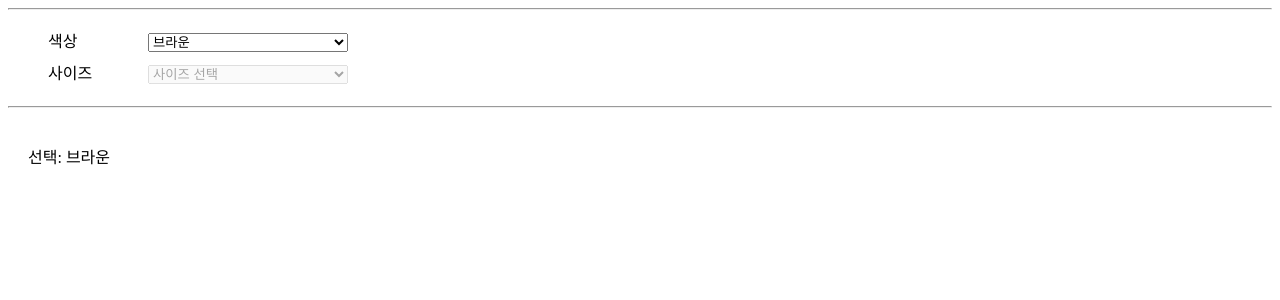
Repository: yeonddu/green_js
Page: pro01/public/songyeonsu-3-1.html
The author's editor kept a copy of each file at every save. The page is drawn from the files as they stood at one save, then again after the next save.
The browser window is 1280 px wide. The pictures show the whole page.
After loading, the first visible `#color` was changed once.

Above is the page before, as saved 2022-12-23 06:02:07.

### pro01/public/songyeonsu-3-1.html
<!DOCTYPE html>
<html lang="ko">
<head>
<meta charset="utf-8">
<title>Insert title here</title>
<style>
	ul li {
		list-style:none;
		line-height:2.0;
	}
	label {
		width:100px;
		float:left;
	}
	select {
		width:200px;
	}
	p {
		padding:20px;
	}
</style>
<script>
	document.addEventListener("DOMContentLoaded", () => {


		const select1 = document.querySelector("#color")
		const select2 = document.querySelector("#size")
		const p = document.querySelector("p")

		select2.setAttribute("disabled", "")

		let status =

		select1.addEventListener("change", () => {
			const options = event.currentTarget.options
			const index = event.currentTarget.options.selectedIndex
			status = index
			p.textContent = `선택: ${options[index].textContent}`

			if(index!==0) {

			}

		})

		select2.addEventListener("change", () => {
			const options = event.currentTarget.options
			const index = event.currentTarget.options.selectedIndex

			p.textContent += `, ${options[index].textContent}`


		})
	})

</script>
</head>
<body>
	<hr>
	<ul>
	<li>
		<label for="color">색상</label>
		<select id="color">
			<option value="옵션 선택" selected>옵션 선택</option>
			<option value="브라운">브라운</option>
			<option value="블랙">블랙</option>
		</select>
	</li>
	<li>
		<label for="size">사이즈</label>
		<select id="size">
			<option value="사이즈 선택" selected>사이즈 선택</option>
			<option value="225">225</option>
			<option value="230">230</option>
			<option value="235">235</option>
			<option value="240">240</option>
		</select>
	</li>
	</ul>
	<hr>
	<p></p>
</body>
</html>

After the next save:
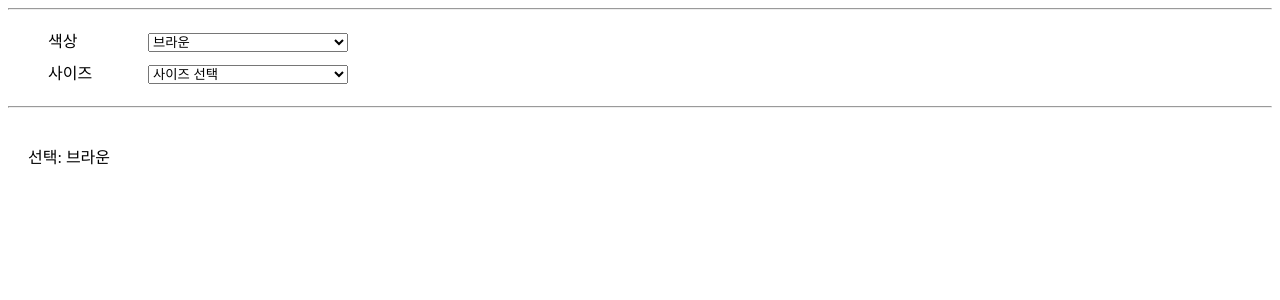
Saved 82 s later.
--- a/pro01/public/songyeonsu-3-1.html
+++ b/pro01/public/songyeonsu-3-1.html
@@ -38,7 +38,7 @@
 			p.textContent = `선택: ${options[index].textContent}`
 
 			if(index!==0) {
-
+				select2.removeAttribute("disabled", "")
 			}
 
 		})
